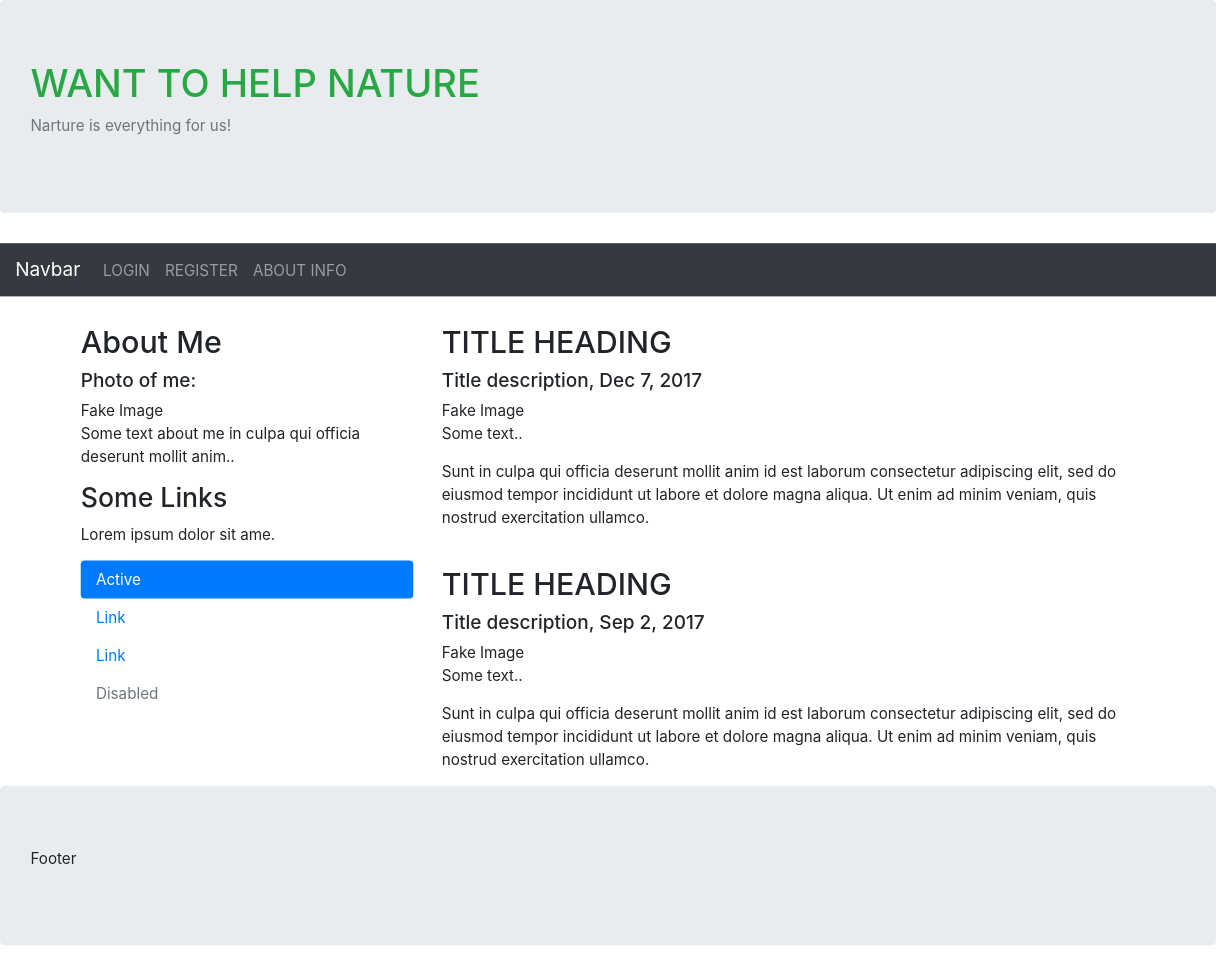
Repository: Apoorvasuswaram/cts
Page: appu/WebContent/main.html
The author's editor kept a copy of each file at every save. The page is drawn from the files as they stood at one save, then again after the next save.
The browser window is 1280 px wide. The pictures show the whole page, at 95% of full size.

Above is the page before, as saved 2020-01-18 11:46:11.

### appu/WebContent/main.html
<!DOCTYPE html>
<html lang="en">
<head>
  <title>WANT TO HELP NATURE</title>
  <meta charset="utf-8">
  <meta name="viewport" content="width=device-width, initial-scale=1">
  <link rel="stylesheet" href="https://maxcdn.bootstrapcdn.com/bootstrap/4.4.1/css/bootstrap.min.css">
  <script src="https://ajax.googleapis.com/ajax/libs/jquery/3.4.1/jquery.min.js"></script>
  <script src="https://cdnjs.cloudflare.com/ajax/libs/popper.js/1.16.0/umd/popper.min.js"></script>
  <script src="https://maxcdn.bootstrapcdn.com/bootstrap/4.4.1/js/bootstrap.min.js"></script>
  <style>
  .fakeimg{
  .rounded_circle {
  <img src="beautiful.jpg" class="rounded-circle" alt="Nature" width="304" height="236">
    height: 200px;
    background: #aaa;
  }
  }
  </style>
</head>
<body>

<div class="jumbotron text-secondary" style="margin-bottom:10" >
  <h1 class="text-success">WANT TO HELP NATURE</h1>
  <p>Narture is everything for us!</p>
</div>

<nav class="navbar navbar-expand-sm bg-dark navbar-dark">
  <a class="navbar-brand" href="#">Navbar</a>
  <button class="navbar-toggler" type="button" data-toggle="collapse" data-target="#collapsibleNavbar">
    <span class="navbar-toggler-icon"></span>
  </button>
  <div class="collapse navbar-collapse" id="collapsibleNavbar">
    <ul class="navbar-nav">
      <li class="nav-item">
        <a class="nav-link" href="a.html">LOGIN</a>
      </li>
      <li class="nav-item">
        <a class="nav-link" href="b.html">REGISTER</a>
      </li>
      <li class="nav-item">
        <a class="nav-link" href="c.html">ABOUT INFO</a>
      </li>
    </ul>
  </div>
</nav>

<div class="container" style="margin-top:30px">
  <div class="row">
    <div class="col-sm-4">
      <h2>About Me</h2>
      <h5>Photo of me:</h5>
      <div class="fakeimg">Fake Image</div>
      <p>Some text about me in culpa qui officia deserunt mollit anim..</p>
      <h3>Some Links</h3>
      <p>Lorem ipsum dolor sit ame.</p>
      <ul class="nav nav-pills flex-column">
        <li class="nav-item">
          <a class="nav-link active" href="#">Active</a>
        </li>
        <li class="nav-item">
          <a class="nav-link" href="#">Link</a>
        </li>
        <li class="nav-item">
          <a class="nav-link" href="#">Link</a>
        </li>
        <li class="nav-item">
          <a class="nav-link disabled" href="#">Disabled</a>
        </li>
      </ul>
      <hr class="d-sm-none">
    </div>
    <div class="col-sm-8">
      <h2>TITLE HEADING</h2>
      <h5>Title description, Dec 7, 2017</h5>
      <div class="fakeimg">Fake Image</div>
      <p>Some text..</p>
      <p>Sunt in culpa qui officia deserunt mollit anim id est laborum consectetur adipiscing elit, sed do eiusmod tempor incididunt ut labore et dolore magna aliqua. Ut enim ad minim veniam, quis nostrud exercitation ullamco.</p>
      <br>
      <h2>TITLE HEADING</h2>
      <h5>Title description, Sep 2, 2017</h5>
      <div class="fakeimg">Fake Image</div>
      <p>Some text..</p>
      <p>Sunt in culpa qui officia deserunt mollit anim id est laborum consectetur adipiscing elit, sed do eiusmod tempor incididunt ut labore et dolore magna aliqua. Ut enim ad minim veniam, quis nostrud exercitation ullamco.</p>
    </div>
  </div>
</div>

<div class="jumbotron" style="margin-top:10">
  <p>Footer</p>
</div>

</body>
</html>

After the next save:
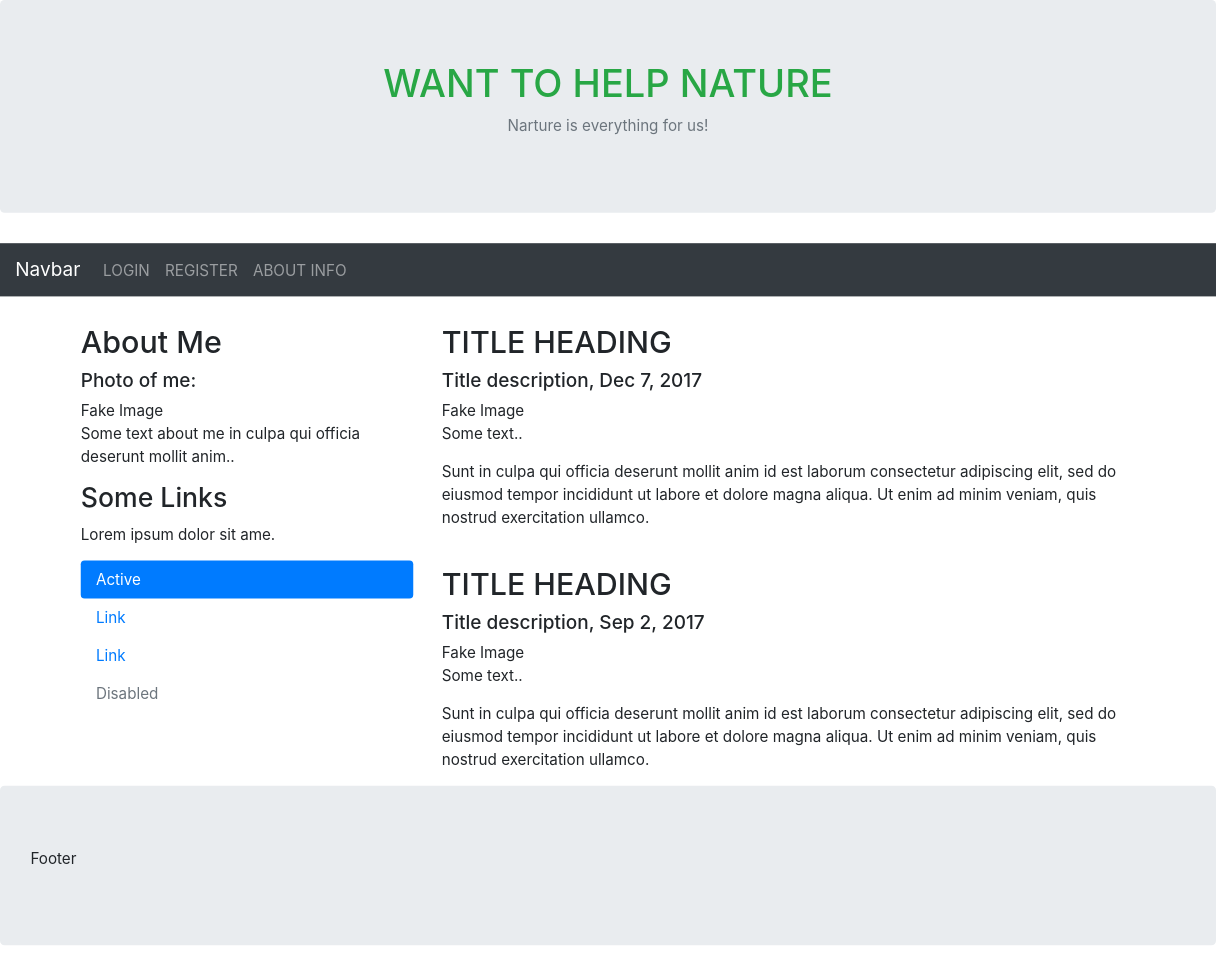
Saved 33 s later.
--- a/appu/WebContent/main.html
+++ b/appu/WebContent/main.html
@@ -20,7 +20,7 @@
 </head>
 <body>
 
-<div class="jumbotron text-secondary" style="margin-bottom:10" >
+<div class="jumbotron text-center text-secondary" style="margin-bottom:10" >
   <h1 class="text-success">WANT TO HELP NATURE</h1>
   <p>Narture is everything for us!</p>
 </div>
